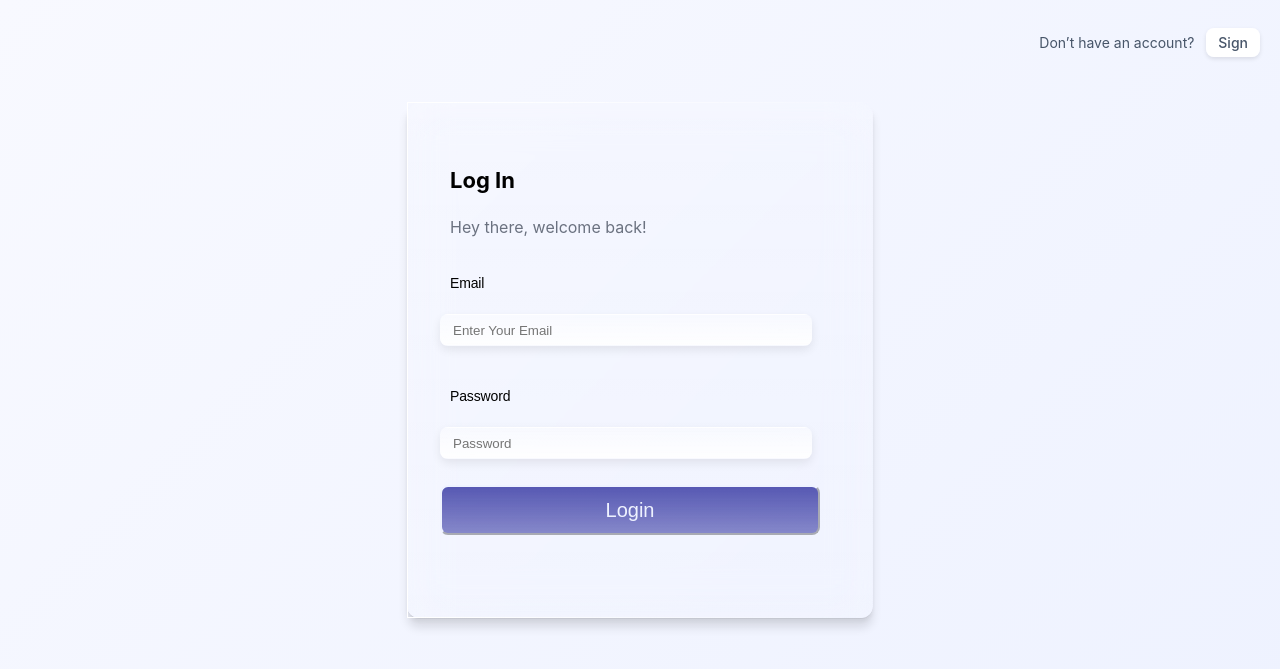
Repository: AfifaNoor/Admin_Panel-React-
Page: /
These files come from the project's save history. The page is drawn as it stood at one moment and after the next save; the edit follows.
The browser window is 1280 px wide. The pictures show the whole page.
The project was rebuilt for these pictures with package versions that can differ from the ones it lists, and the page was loaded fresh each time. Also part of the build but not shown: src/SignUp.jsx.

Above is the page before, as saved 2025-07-10 18:18:10.

After the next save:
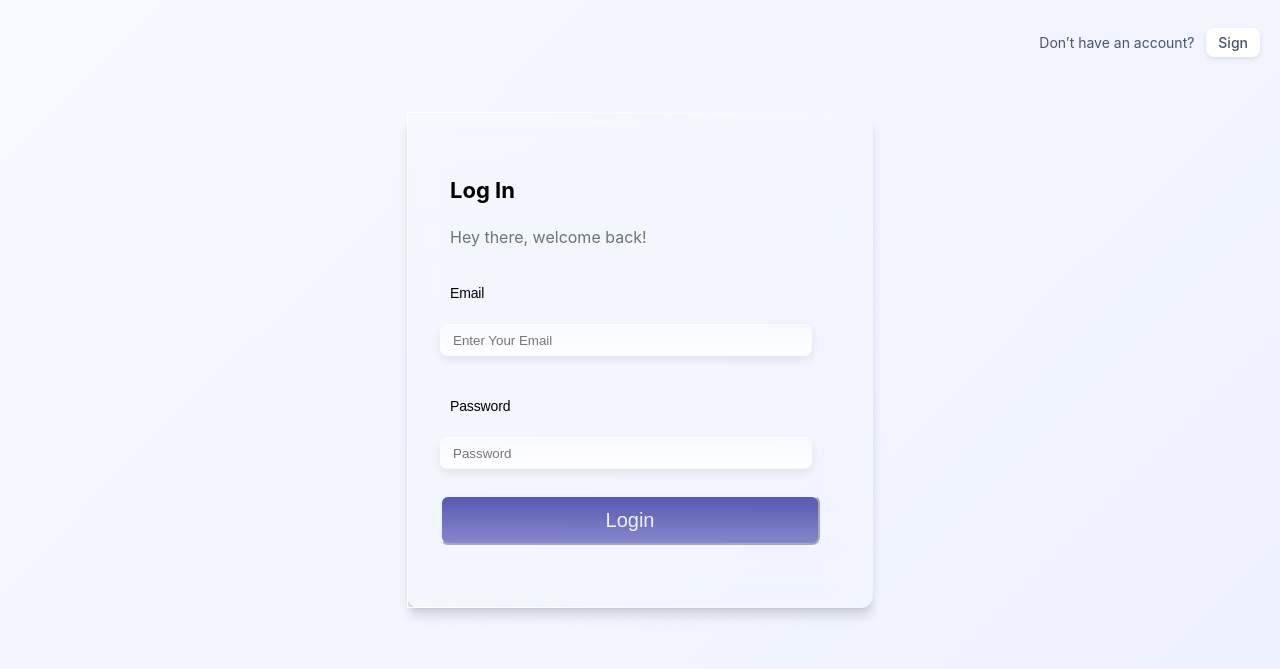
Saved 7 s later.
--- a/src/LoginPage.css
+++ b/src/LoginPage.css
@@ -42,7 +42,7 @@
 
 .login-form{
   width: 400px;
-  height: 450px;
+  height: 430px;
   /* position: absolute; */
   /* top: 150.5px; */
   /* left: 482px; */
